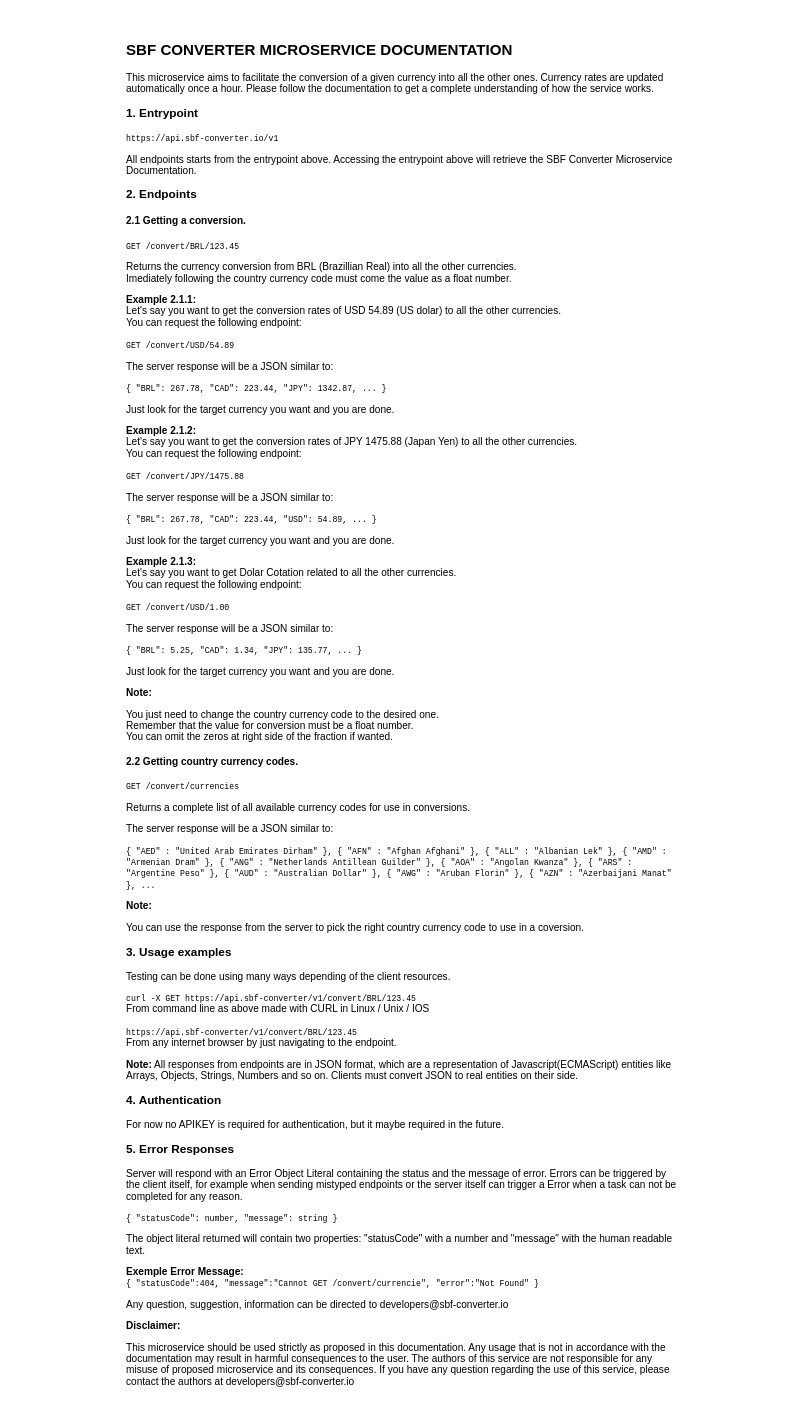
Repository: miguelamello/nestjs-restful-api
Page: documentation.html
An editor plug-in stored every save of this project. The page is shown before and after a run of saves, followed by the edit.
The browser window is 1280 px wide. The pictures show the whole page, at 63% of full size.

Above is the page before, as saved 2023-03-23 11:42:13.

After the next 5 saves:
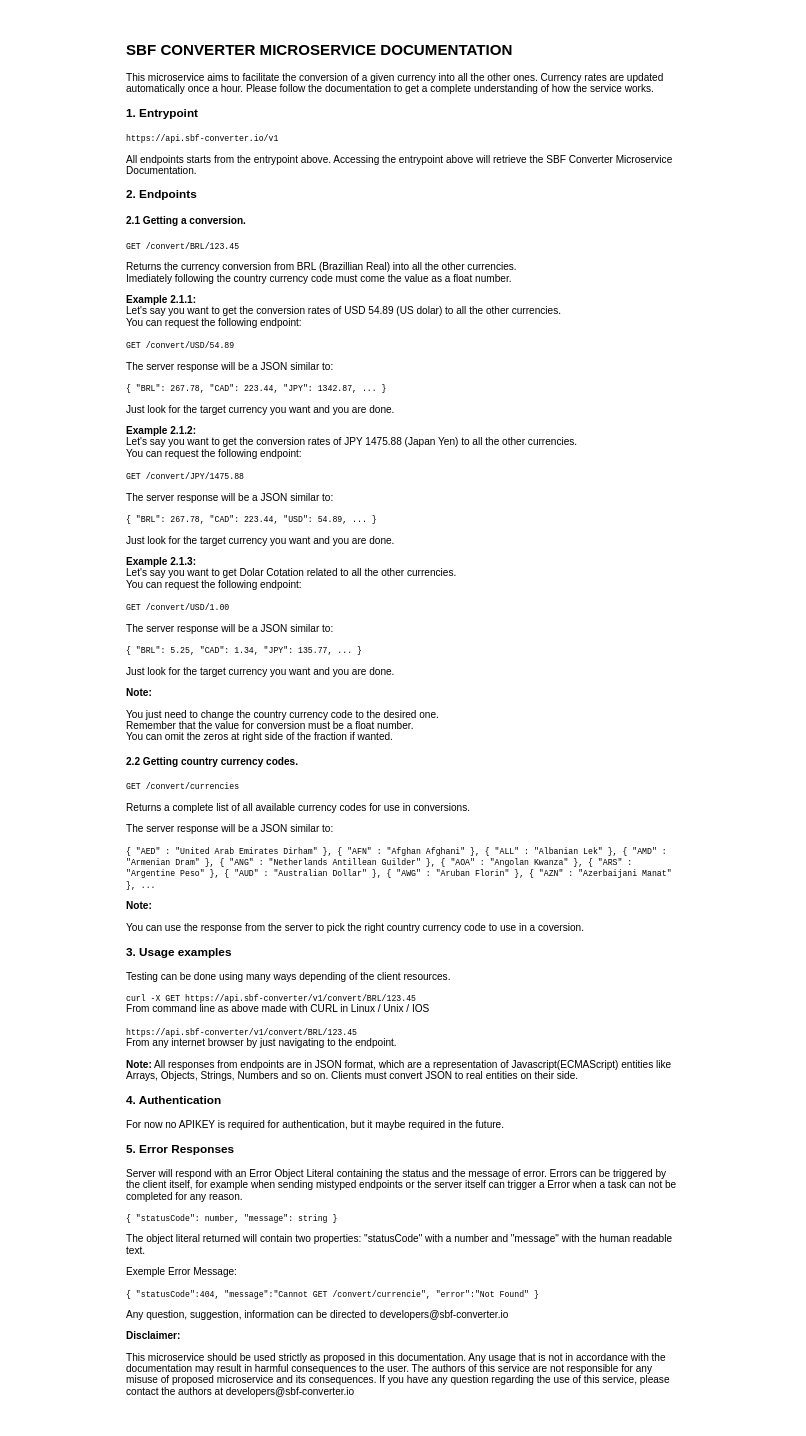
The 5 saves are shown as one change because they came seconds apart.
The last was saved 13 s later.
--- a/documentation.html
+++ b/documentation.html
@@ -146,8 +146,10 @@
     </div>
   </p>
 
-  <p></p>
-    <div><b>Exemple Error Message:</b></div>
+  <p>Exemple Error Message:</p>
+  <p>
+
+  </p>
     <code>
       { "statusCode":404, "message":"Cannot GET /convert/currencie", "error":"Not Found" }
     </code>
